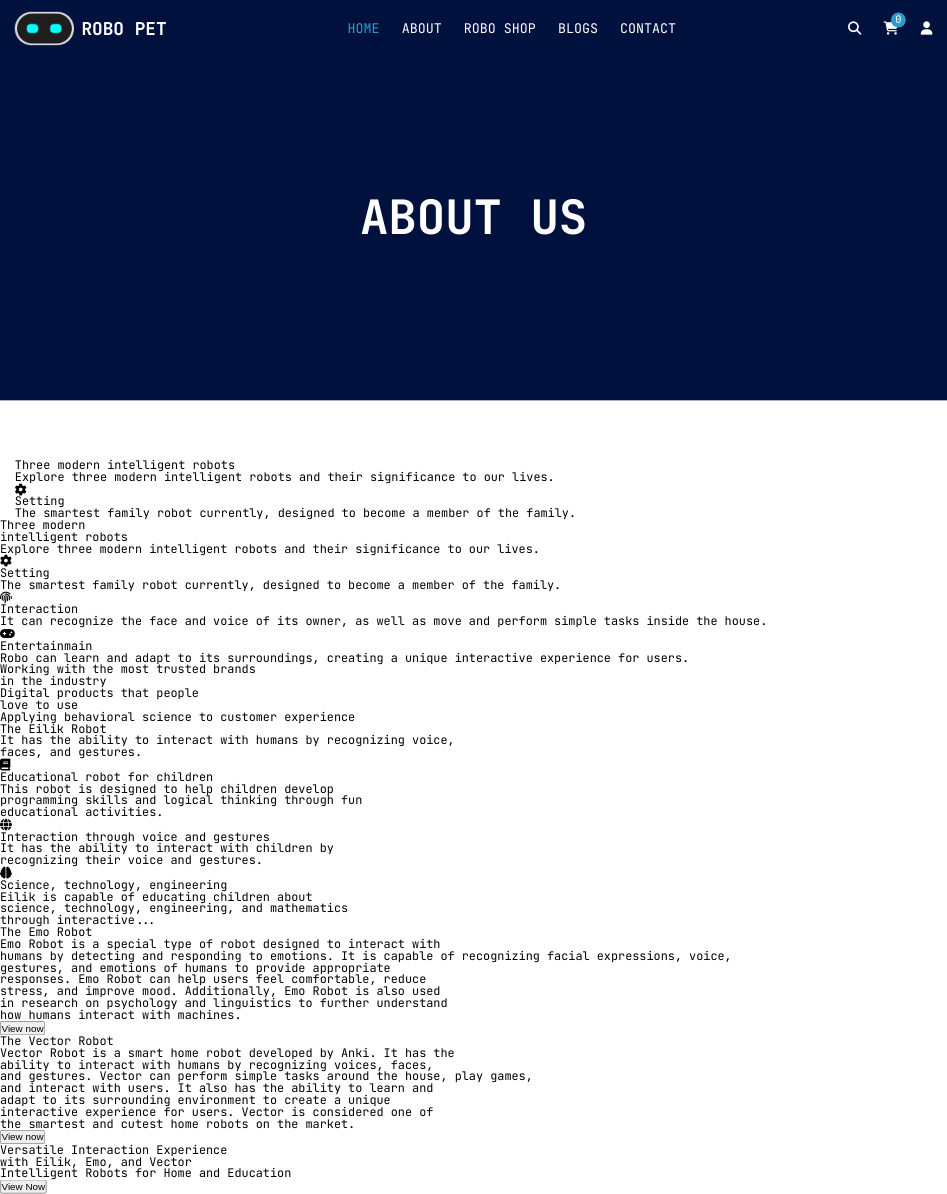
Repository: trietle101/du-an-1
Page: http://localhost/about.html
These files come from the project's save history. The page is drawn as it stood at one moment and after the next save; the edit follows.
The browser window is 1280 px wide. The pictures show the whole page, at 74% of full size.
Some web libraries are served in a nearby version. The page is run by PHP 8.4 with error messages shown; the project is at /var/www/html/.

Above is the page before, as saved 2023-03-12 22:13:22.

After the next save:
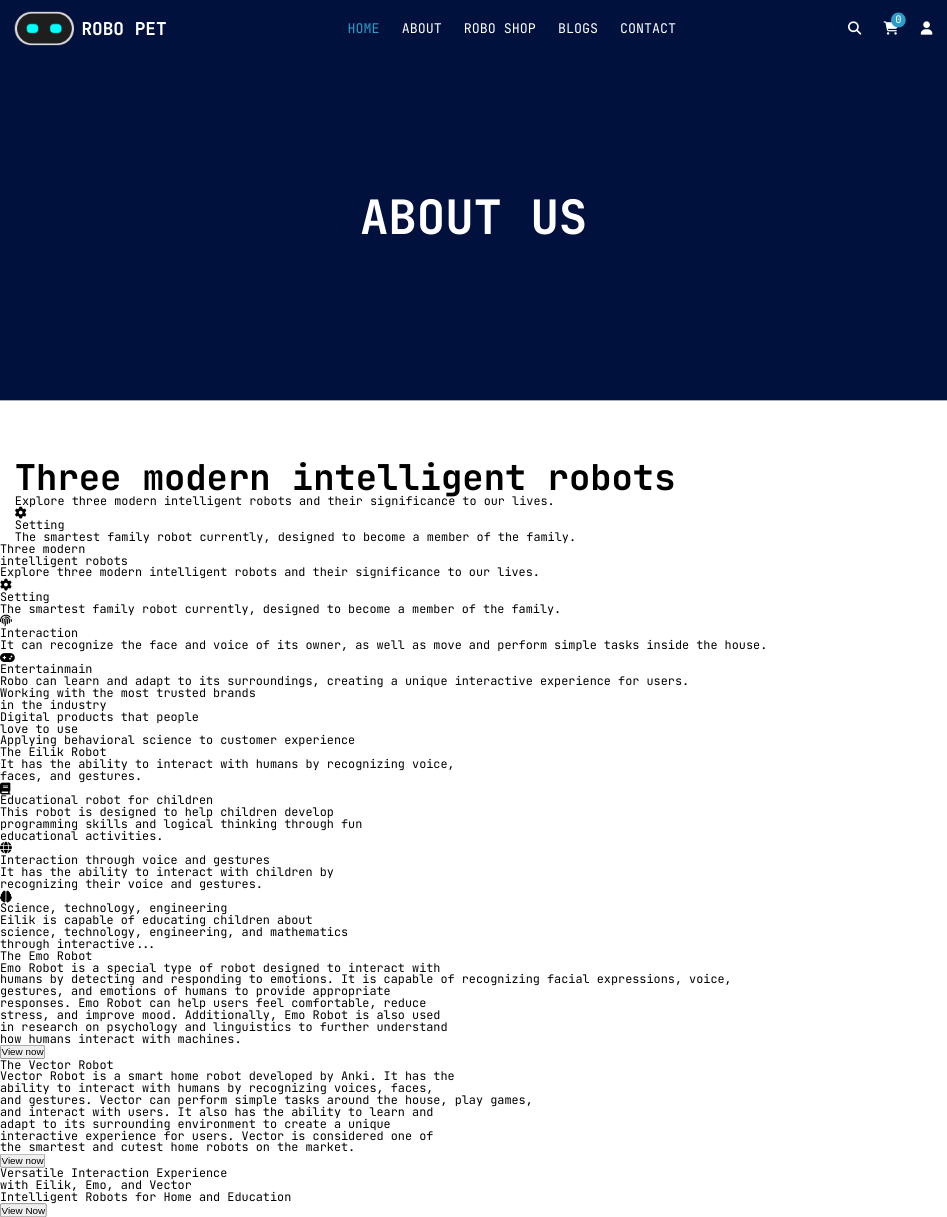
Saved 38 s later.
--- a/assets/css/about.css
+++ b/assets/css/about.css
@@ -125,3 +125,7 @@
 .modern {
   padding-top: 80px;
 }
+.modern-title {
+  font-weight: 700;
+  font-size: 48px;
+}
